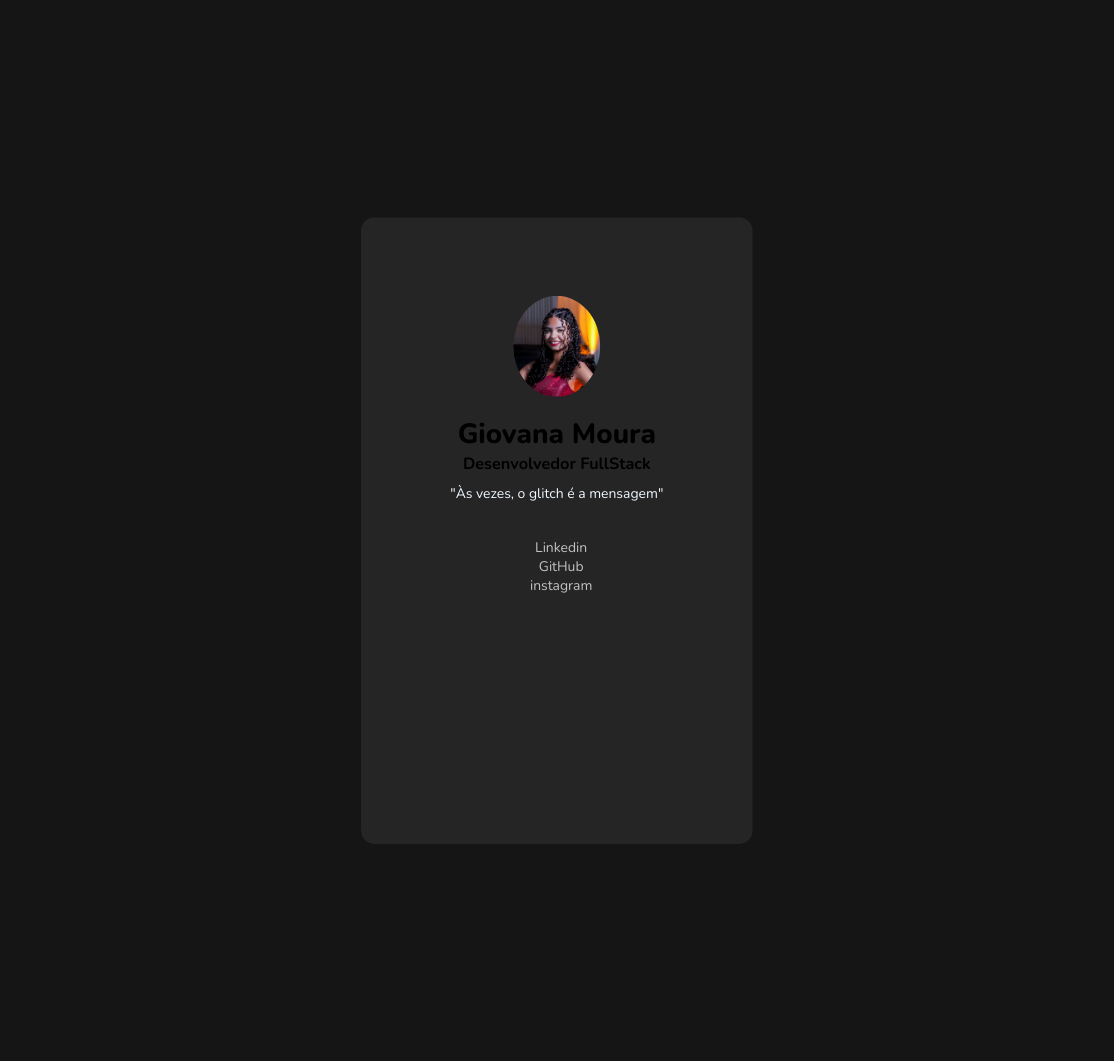
Repository: gimoli/linktree-giovana
Page: index.html
The author's editor kept a copy of each file at every save. The page is drawn from the files as they stood at one save, then again after a run of saves.
The browser window is 1280 px wide. The pictures show the whole page, at 87% of full size.

Above is the page before, as saved 2025-04-11 10:11:50.

### index.html
<!DOCTYPE html>
<html lang="en">
<head>
    <meta charset="UTF-8">
    <meta name="viewport" content="width=device-width, initial-scale=1.0">
    <title>linktree Giovana</title>
    <link rel="stylesheet" href="style.css">
    <link rel="preconnect" href="https://fonts.googleapis.com">
<link rel="preconnect" href="https://fonts.gstatic.com" crossorigin>
<link href="https://fonts.googleapis.com/css2?family=Nunito:ital,wght@0,200..1000;1,200..1000&display=swap" rel="stylesheet">
</head>
<body>
    <div class="container-main">
        <div class="container-imagem">
            <img src="./image-profile.jfif" alt="foto perfil"/>
        </div>
        <div class="container-infos">
            <h1>Giovana Moura</h1>
            <h3>Desenvolvedor FullStack</h3>
        </div>
        <div class="container-easter-egg">
            <p>"Às vezes, o glitch é a mensagem"</p>
        </div>
        <div class="container-social">
            <ul>
                <a href="https://www.linkedin.com/in/giovana-moura-3543032bb/" target="_blank" class="botao-linktree-1">
                     <li>Linkedin</li>
                </a>
                <a href="https://github.com/gimoli" target="_blank" class="botao-linktree-2">
                     <li>GitHub</li>
                </a>
                <a href="https://www.instagram.com/gimoli_n?igsh=cTNvNDJ0M3owb3Vs&utm_source=qr" target="_blank" class="botao-linktree-3">
                     <li>instagram</li>
                </a>
            </ul>
        </div>
    </div>
</body>
</html>

### style.css
*{
    font-family: "Nunito", sans-serif;
    margin: 0;
    padding: 0;
    box-sizing: border-box;
}

body {
    background-color: rgb(21, 21, 21);
}

.container-main {
    background-color: rgb(37, 37, 37);
    width: 450px;
    height: 720px;
    box-sizing: border-box;
    margin: 250px auto;
    padding: 90px;
    border-radius: 15px;
    text-align: center;
}

.container-imagem img{
    margin: 0 60px;
    width: 100px;
    border-radius: 100%;
}

.container-infos {
    margin-top: 15px;
    margin-bottom: 10px;
}

.container-infos h1 {
    font-weight: 800;
}

.container-infos h2{
  color: #e32363;
    margin-top: 10px;
    margin-bottom: px;
    font-weight: 600;
    font-size: 18px;
}

.container-easter-egg {
    margin-bottom: 15px;
    color: aliceblue;
}

.container-social ul{
    list-style-type: none;
}

.container-social a{
    text-decoration: none;
    color: rgb(194, 194, 194);
}

.container-social{
  margin-top: 40px;
}

.container-social li {
  width: 280px;
  height: ;

}

After the next 4 saves:
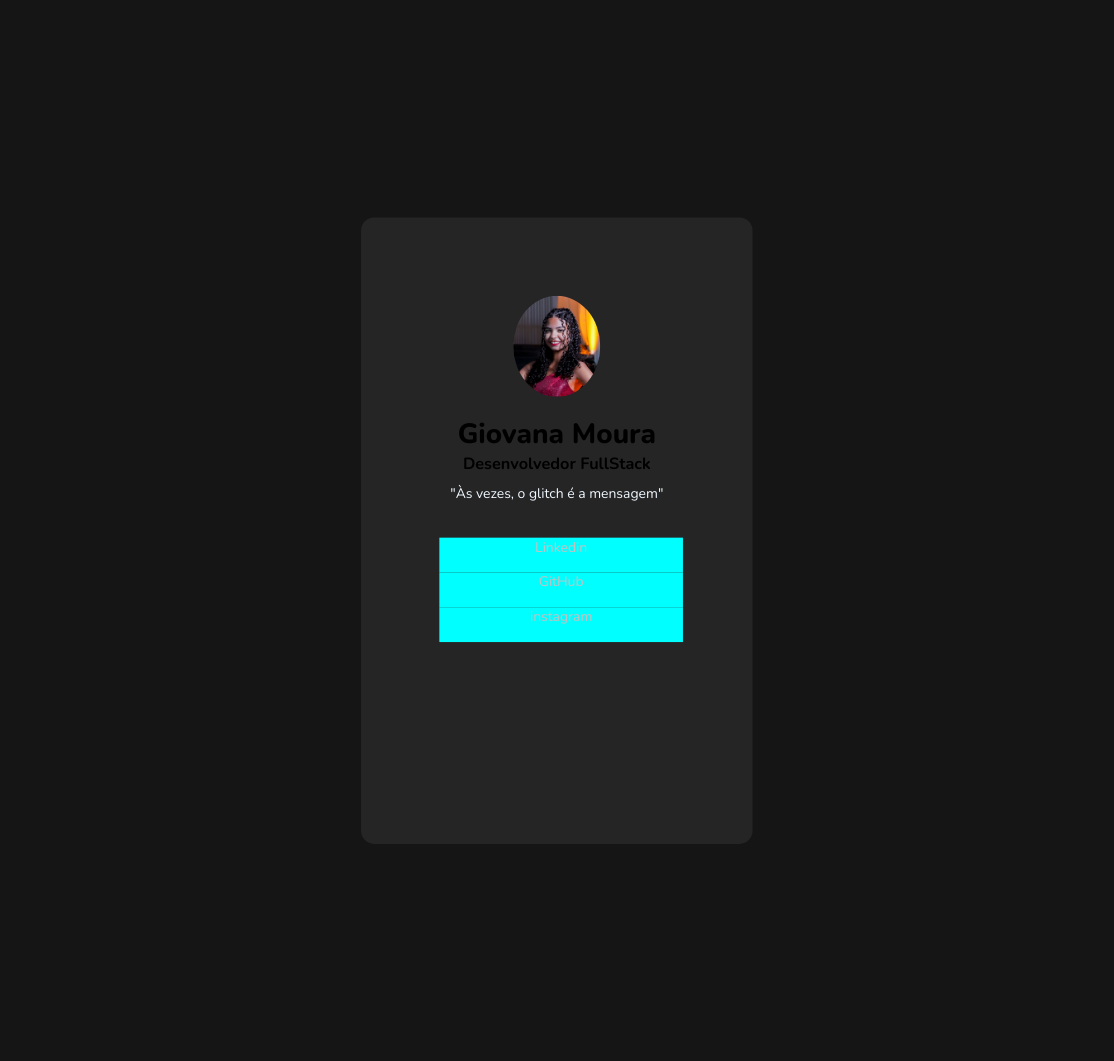
The 4 saves are shown as one change because they came seconds apart.
The last was saved 12 s later.
--- a/style.css
+++ b/style.css
@@ -63,6 +63,7 @@ body {
 
 .container-social li {
   width: 280px;
-  height: ;
+  height: 40px;
+  background-color: aqua;
 
 }
